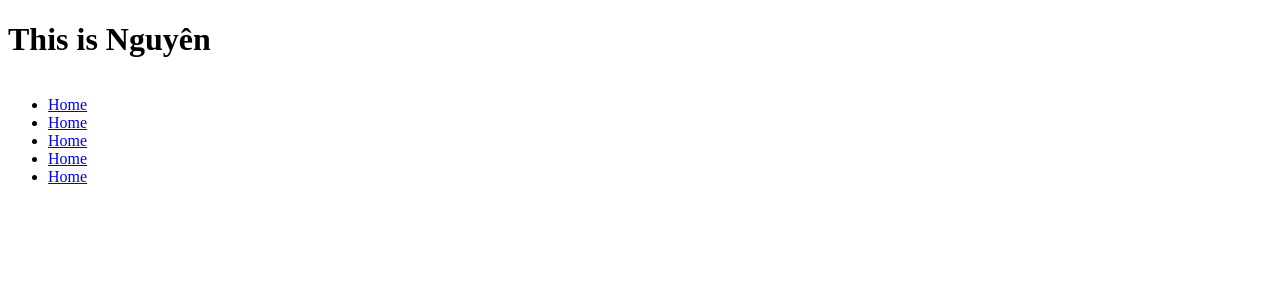
Repository: KhoiNguyen77/JS-C-Ba-n
Page: index.html
The author's editor kept a copy of each file at every save. The page is drawn from the files as they stood at one save, then again after the next save.
The browser window is 1280 px wide. The pictures show the whole page.

Above is the page before, as saved 2023-03-29 17:42:06.
Console error: TypeError: Cannot read properties of null (reading 'getAttribute')

### index.html
<!DOCTYPE html>
<html lang="en">
  <head>
    <meta charset="UTF-8" />
    <meta http-equiv="X-UA-Compatible" content="IE=edge" />
    <meta name="viewport" content="width=device-width, initial-scale=1.0" />
    <title>Document</title>
    <link rel="stylesheet" href="index.css" />
    <link rel="stylesheet" href="reset.css" />
  </head>
  <body>
    <h1>This is Nguyên</h1>

    <ul class="menu">
      <li class="menu-item">
        <a href="#" class="menu-link">Home</a>
      </li>
      <li class="menu-item">
        <a href="#" class="menu-link">Home</a>
      </li>
      <li class="menu-item">
        <a href="#" class="menu-link">Home</a>
      </li>
      <li class="menu-item">
        <a href="#" class="menu-link">Home</a>
      </li>
      <li class="menu-item">
        <a href="#" class="menu-link">Home</a>
      </li>
    </ul>
    <!-- <div class="container a b c">
      Lorem ipsum dolor sit, amet consectetur adipisicing elit. Non, quasi! Eos
      maxime temporibus doloribus cumque. Alias temporibus, dolorum consequuntur
      reiciendis perferendis molestias repudiandae corporis exercitationem quasi
      itaque, nemo omnis explicabo officiis dignissimos deleniti eveniet
      sapiente quia, quod aperiam delectus. Ut qui soluta id, necessitatibus
      ipsa est similique error et nobis!
    </div>
    <div id="spinner" style="color: red">123</div>
    <ul>
      <li class="item item1">item1</li>
      <li class="item item2">item2</li>
      <li class="item item3">item3</li>
      <li class="item item4">item4</li>
      <li class="item item5">item5</li>
    </ul>
    <a href="gooogle.com.vn" class="link">Google</a>
    <a href="gooogle.com.vn" class="link">Google</a>
    <a href="gooogle.com.vn" class="link">Google</a>
    <a href="gooogle.com.vn" class="link">Google</a>
    <a href="gooogle.com.vn" class="link">Google</a>
    <a href="gooogle.com.vn" class="link">Google</a> -->
    <style>
      .container.active {
        color: aqua;
      }
    </style>
    <script src="./index.js"></script>
  </body>
</html>

### index.css
.menu {
    width: 300px;
    position: fixed;
}

### index.js
// Function

compare = (a = 0, b = 0) => {
  if (typeof a !== "number" || typeof b !== "number") return 0;
  return Math.max(a, b);
};
console.log(compare(5, 10));

upperCase = (a = "") => {
  if (typeof a !== "string") {
    return console.log("Vui lòng nhập vào chữ");
  }
  let newWord = a.toLowerCase().charAt(0).toUpperCase();
  return newWord + a.toLowerCase().slice(1);
};
console.log(upperCase("nguyen"));

compare2 = (a, b, callback) => {
  let max = compare(a, b);
  callback(max);
};
inMax = (num) => {
  console.log(num);
};
console.log(compare2(500, 1000, inMax));
//  Date
// B1: viết chương trình nhập vào ngày tháng năm sinh và in ra
function getAge(year) {
  if (typeof year !== "number") {
    console.log("Vui lòng nhập đúng năm");
  }
  const thisYear = new Date().getFullYear();
  return thisYear - year;
}
const age2 = getAge(2000);
console.log(`Tuổi của bạn là ${age2} `);
// Bài 2:
// function countDown(minute = 0) {
//   let second = minute * 60;
//   let count = 0;
//   const countUp = setInterval(() => {
//     count += 1;
//     console.log(count);
//     if (count === second) {
//       alert("bạn đã hết giờ làm bài");
//       clearInterval(countUp);
//     }
//   }, 1000);
// }
// countDown(0.2);
// Bài 3:
function timeSince(time) {
  const now = new Date();
  const since = new Date(time);
  const truTime = Math.floor((now.getTime() - since.getTime()) / 1000);
  let quyDoiTime = truTime / 32140800;
  if (quyDoiTime > 1) {
    console.log(`${Math.floor(quyDoiTime)} năm trước`);
  }
  quyDoiTime = truTime / 2678400;
  if (quyDoiTime > 1 && truTime <= 32140800) {
    console.log(`${Math.floor(quyDoiTime)} tháng trước`);
  }
  quyDoiTime = truTime / 604800;
  if (quyDoiTime > 1 && truTime <= 2678400) {
    console.log(`${Math.floor(quyDoiTime)} tuần trước`);
  }
  quyDoiTime = truTime / 86400;
  if (quyDoiTime > 1 && truTime < 604800) {
    console.log(`${Math.floor(quyDoiTime)} ngày trước`);
  }
  quyDoiTime = truTime / 3600;
  if (quyDoiTime > 1 && truTime <= 86400) {
    console.log(`${Math.floor(quyDoiTime)} giờ trước`);
  }
  quyDoiTime = truTime / 60;
  if (quyDoiTime > 1 && truTime < 3600) {
    console.log(`${Math.floor(quyDoiTime)} phút trước`);
  }
}
// 1 năm: 32140800
// 1 tháng:2678400
// 1 tuần:604800
// 1 ngày:86400
// 1 giờ : 3600
// 1 phút: 60
timeSince("Thu Mar 23 2023 14:47:43 GMT+0700");
//
const array = [1, 2, 3, 4, 5, 6, 7, 8];
a = array.find((x) => x > 3);
b = array.findIndex((x) => x > 3);
console.log(a);
console.log(b);
const list = [4, 5, 6, 7, 8, 9, 1, 3, 5, 6];
console.log(list.map((x) => x * 2));
const listTripple = [];

const number = [1, 2, 3, 4, 5, 6, 7, 8];
const test = number.filter((x) => x > 2);
console.log(test);
// Đảo ngược một chuỗi
// VD : "My name is evondev" => VD: "evondev is name My"
function reverseString(str) {
  if (!str) return null;
  console.log(str.split(" ").reverse().join(" "));
}

reverseString("My name is evondev");
// Đảo ngược một chuỗi bao gồm các kí tự.
//  VD: "i love" => evol i

function reverse(str) {
  if (!str) return null;
  console.log(str.split("").reverse().join(""));
}
reverse("i love");
capitalizeWord = (item) => {
  let upper = item.charAt(0).toUpperCase();
  let lower = item.slice(1).toLowerCase();
  return `${upper}${lower}`;
};
// Capitalize 1 chuỗi: VD "my name is evondev" => "My Name Is Evondev"
capitalizeStr = (str) => {
  let layChuoi = str.split(" ");
  let inHoaStr = layChuoi.map((item) => capitalizeWord(item));
  return console.log(inHoaStr.join(" "));
};

let strMau = "my name is evondev";
capitalizeStr(strMau);
// let layStr = strMau.split(" ");
// console.log(layStr);
// let example = layStr.map(
//   item => {
//     let newWord  = item.charAt(0).toUpperCase();
//     let secondWord = item.slice(1).toLowerCase();
//     return `${newWord}${secondWord}`;
//   }
// );
// let kq = example.join(" ")
// console.log(example);
// console.log(kq);

//  Bài tập cơ bản về vòng lặp for
// sao chép 1 mảng bằng vòng lặp for
let numbers = [1, 2, 3, 4, 5, 6, 7, 8, 9, 10];
let kq = [];
for (let i = 0; i < numbers.length; i++) {
  kq.push(numbers[i]);
}
let string1 = "i love";
ketquaString = "";

for (i = string1.length - 1; i >= 0; i--) {
  ketquaString += string1[i];
  console.log(ketquaString);
}

//  Bài tập chương 6 số 1 và 2
let arrayB1 = [
  1,
  1000,
  false,
  null,
  "evondev",
  "",
  undefined,
  "javascript",
  [1, 2, 3],
];
// ketquaB1 = arrayB1.map((item) => {
// //   if (item) {
// //     ketquaB1.push(item);
// //   }
// // });

// // console.log(ketquaB1);
let filterArray = arrayB1.filter((item) => Boolean(item));
console.log(filterArray);

let arrayB2 = [
  [1, 2, 3, [false, null]],
  [1, 5, 6, ["javascript"]],
  [888, 666, [90]],
];
//
const result = arrayB2.flat(2).filter((item) => Boolean(item));
console.log(result);
// Bài 3: Đào ngược số nguyên. Ví dụ 1234 ==> 4321

reverseNumber = (num) => {
  let numToStr =
    parseInt(num.toString().split("").reverse().join("")) * Math.sign(num);
  console.log(numToStr);
};
reverseNumber(-12345);

fizzBuzz = (num) => {
  for (let i = 1; i < num; i++) {
    if (i % 2 === 0) {
      console.log("Fizz");
    } else if (i % 3 === 0) {
      console.log("Buzz");
    } else if (i % 2 === 0 && i % 3 === 0) {
      console.log("FizzBuzz");
    }
  }
};
fizzBuzz(4);

// Bài 4:

checkStr = (str) => {
  let character = "aoeui";
  let count = 0;
  for (let c of str) {
    if (character.includes(c)) count += 1;
  }
  console.log(count);
};
checkStr("evondev");

// Bài 5
let arraySo = [1, 2, 3, 1, 1, 1, 2, 2, 2, 5, 5, 5, 7, 7, 6]; // kết quả trả về là [1,2,3,4,5,6,7]

uniqueSo = (arrSo) => {
  let uniqueArray = [];
  for (let i = 0; i < arrSo.length; i++) {
    if (!uniqueArray.includes(arrSo[i])) uniqueArray.push(arrSo[i]);
  }
  console.log(uniqueArray);
};
uniqueSo(arraySo);

//  Bài 7: Viết 1 function xử lý từ 1 mảng lớn thành nhiều mảng con dựa vào một số nguyên đầu vào. Ví dụ
// ([1,2,3,4,5],2) => [[1,2],[3,4],[5,6]]
let mang = [1, 2, 3, 4, 5, 6];

phanMang = (arr, num) => {
  let result = [];
  let index = 0;
  while (index < arr.length) {
    result.push(arr.slice(index, num + index));
    index = index + num;
    console.log(result);
  }
};

phanMang(mang, 4);

let user = {
  firstName: "Nguyên",
};
let user2 = Object.assign(user);

//  TH1: This ở đây sẽ đề cập tới object, key gần nhất
let student2 = {
  name: "evondev",
  schol: "Cao Thang",
  age: 27,
  male: true,
  "last-name": "tuan",
  hi: function () {
    console.log(`my name is ${this.name} and I'm ${this.age} years old`);
  },
  fullName: {
    name: "Tran Anh Tuan",
  },
};
student2.hi();
// Optional chaining
console.log(student2.fullName); //trả về undefined nếu như key không tồn tại
// console.log(student2.fullName.name); //trả về Cannot read properties of undefined (reading 'name')
if (student2.fullName) {
  if (student2.fullName.name) {
    console.log(student2.fullName.name);
  }
}

// student2.fullName?.name ==> Nếu có key là full name thì mới chạy qua .name
console.log(student2.fullName?.name);

// Destructuring object
//  const {name, age, male} = student2;

let { name, age, male, ...rest } = student2;
console.log(name, age, male, rest);

let objNew = {
  name: "evondev",
  school: "Cao Thang",
  age: 27,
};
function whatYourInfo2({ name, age, school }) {
  console.log(name, age, school);
}

whatYourInfo2(objNew);
function whatYourInfo(obj) {
  console.log((obj.name, obj.age, obj.school));
}

// BT Object
//  Viết 1 function kiểm tra value có phải là object hay không
//  {} [] null ==> đều là type object

isObject = (value) => {
  if (typeof value === "object" && !Array.isArray(value) && value !== null) {
    return true;
  }
  return false;
};
console.log(isObject(null));

// BT 2: {a: 1, b:2} => [["a":1], ["b":2]]

objectToArray = (obj) => {
  if (!isObject(obj)) return;
  let result = Object.entries(obj);
  console.log(result);
};
objectToArray({
  a: 1,
  b: 2,
  c: 3,
});

// BT 3: Viết phương thức without. VD {{a: 1, b:2}, b} => {a:1}

without = (obj, ...key) => {
  let copyObj = { ...obj };
  key.forEach((item) => delete copyObj[item]);
  let result = copyObj;
  console.log(result);
};
without(
  {
    a: 1,
    b: 2,
    c: 3,
  },
  "b"
);

// BT 4: Viết 1 function để kiểm tra 2 object truyền vào có bằng nhau không

isEqualOBject = (obj1, obj2) => {
  let objKey1 = Object.keys(obj1);
  let objKey2 = Object.keys(obj2);
  if (objKey1.length !== objKey2.length) return false;   //check length của mảng
  let result = objKey1.every((key) => obj1[key] === obj2[key]); ///duyệt value qua từng key
  console.log(result);
  return result;
};

isEqualOBject(
  {
    a: 1,
    b: 2,
  },
  { a: 1, b: 2 }
);

// Node selector:
const singleNode = document.querySelector("h1");
const singleNode2 = document.querySelector(".container");
const singleNode3 = document.querySelector("#spinner");
console.log(singleNode);
console.log(singleNode3);
console.log(singleNode2);

// Multinode:
const multiNode = document.querySelectorAll(".item");
console.log(multiNode);


// Getattribute() bằng node:

let link = document.querySelector(".link");
console.log(link.getAttribute("href"));

// get attribute bằng NodeList
let listLi = document.querySelectorAll(".item");
listLi.forEach(item => {
  console.log(item.getAttribute("class"));
})


// setAttribute() bằng node:
link.setAttribute("target", "_blank");

//setAttribute bằng NodeList;
let link2 = document.querySelectorAll("a.link");
link2.forEach(item => item.setAttribute("target", "_blank"))

// removeAttribute

const p = document.querySelector("#spinner");
p.removeAttribute("style")

// hasAttribute
console.log(p.hasAttribute("class")); // ==> false
console.log(p.hasAttribute("id")); // ==> true

// Thêm class
// cú pháp: selector.classList.add("abc");

const container = document.querySelector(".container");  //chỉ truyền được vào 1 class
container.classList.add("active");

//Xóa class
//cú pháp: selector.classList.remove("abc");
container.classList.remove("active"); //chỉ truyền được vào 1 class


// kiểm tra có chứa class hay không
// cú pháp: selector.classList.contains("abc"); ==> kiểm tra xem có chứa class abc không

console.log((container.classList.contains("active"))); // trả về false
console.log((container.classList.contains("container"))); // trả về true

// Toggle menu
// Cú pháp: selector.classList.toggle("abc"); ==> nếu đã có class rồi thì remove, không có thì add vào
container.classList.toggle("active");


// Lấy các class name của 1 thẻ
// cú pháp: selector.className => trả ra các chuỗi selector
const title = document.querySelector(".container");
console.log(title.className);

Loaded but not shown: reset.css (no stored copy; drawn as an empty file)

After the next save:
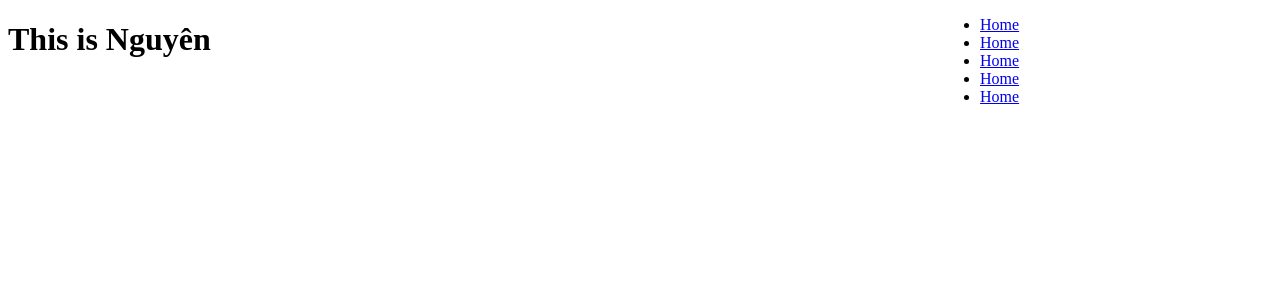
Saved 24 s later.
--- a/index.css
+++ b/index.css
@@ -1,4 +1,7 @@
 .menu {
     width: 300px;
     position: fixed;
+    top: 0;
+    right: 0;
+    bottom: 0;
 }
